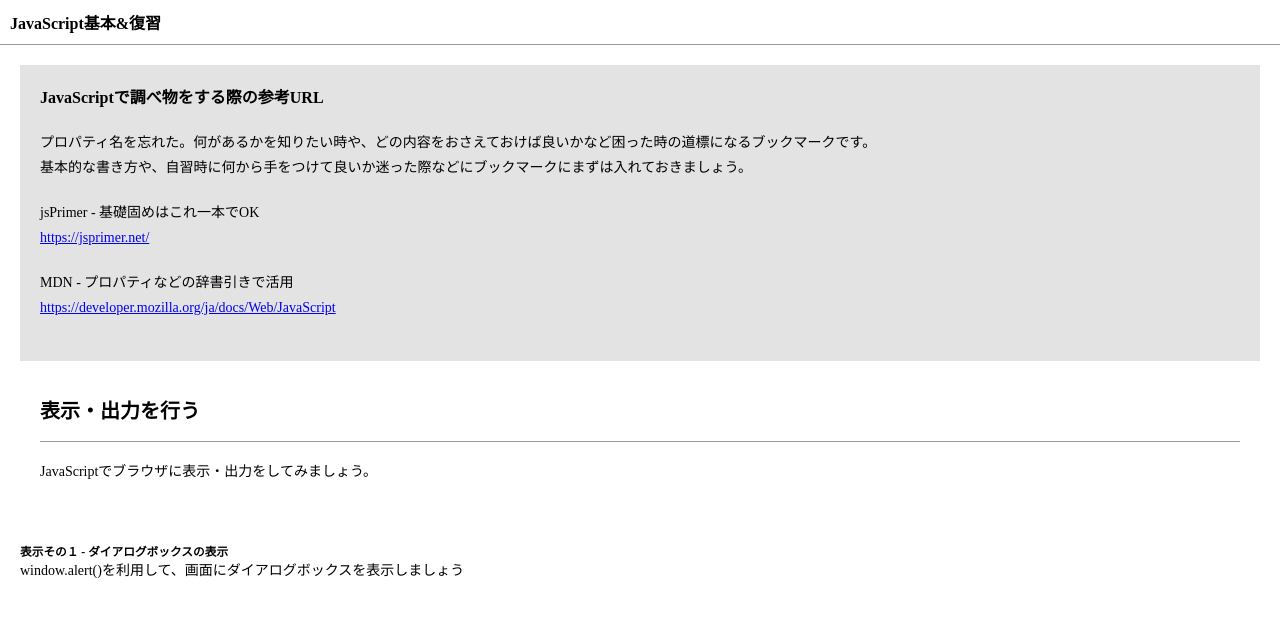
Repository: Yuto-Arakawa/study_js
Page: 01_basic/荒川/ara_basic01.html
The author's editor kept a copy of each file at every save. The page is drawn from the files as they stood at one save, then again after the next save.
The browser window is 1280 px wide. The pictures show the whole page.

Above is the page before, as saved 2026-11-06 15:29:39.

After the next save:
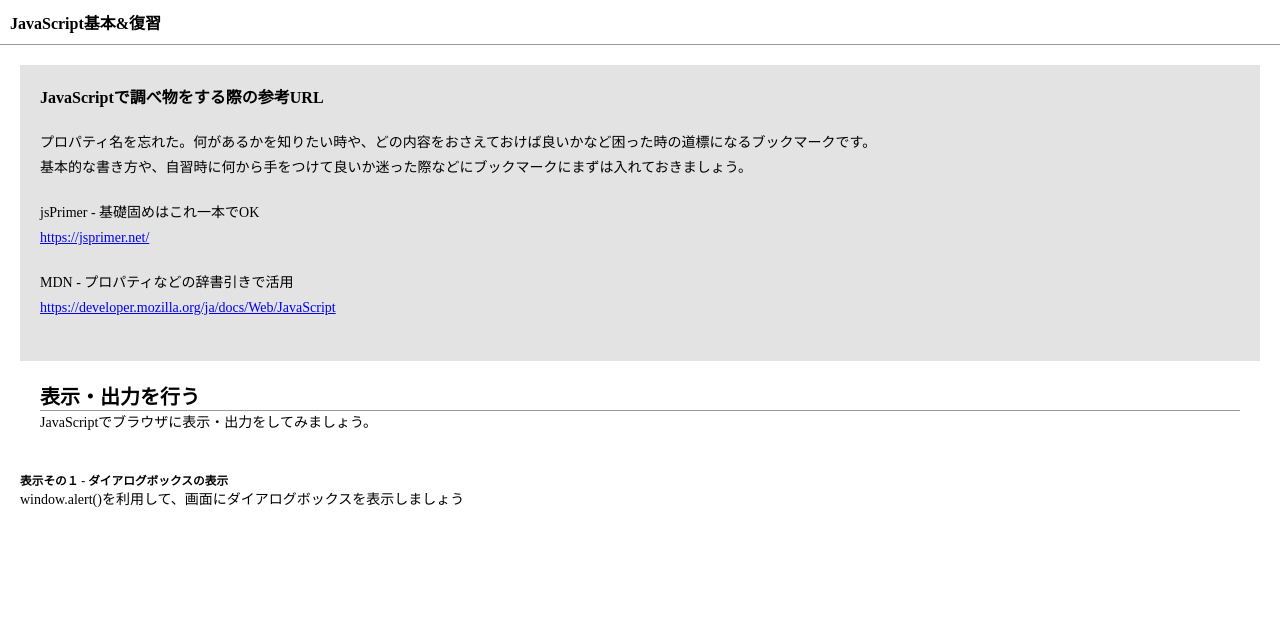
Saved 20 s later.
--- a/01_basic/荒川/css/basic01.css
+++ b/01_basic/荒川/css/basic01.css
@@ -29,7 +29,6 @@ main{
 
 .output{
     padding: 20px;
-    line-height: 60px;
     h2{
         font-size: 20px;
         border-bottom: solid 1px #999;
